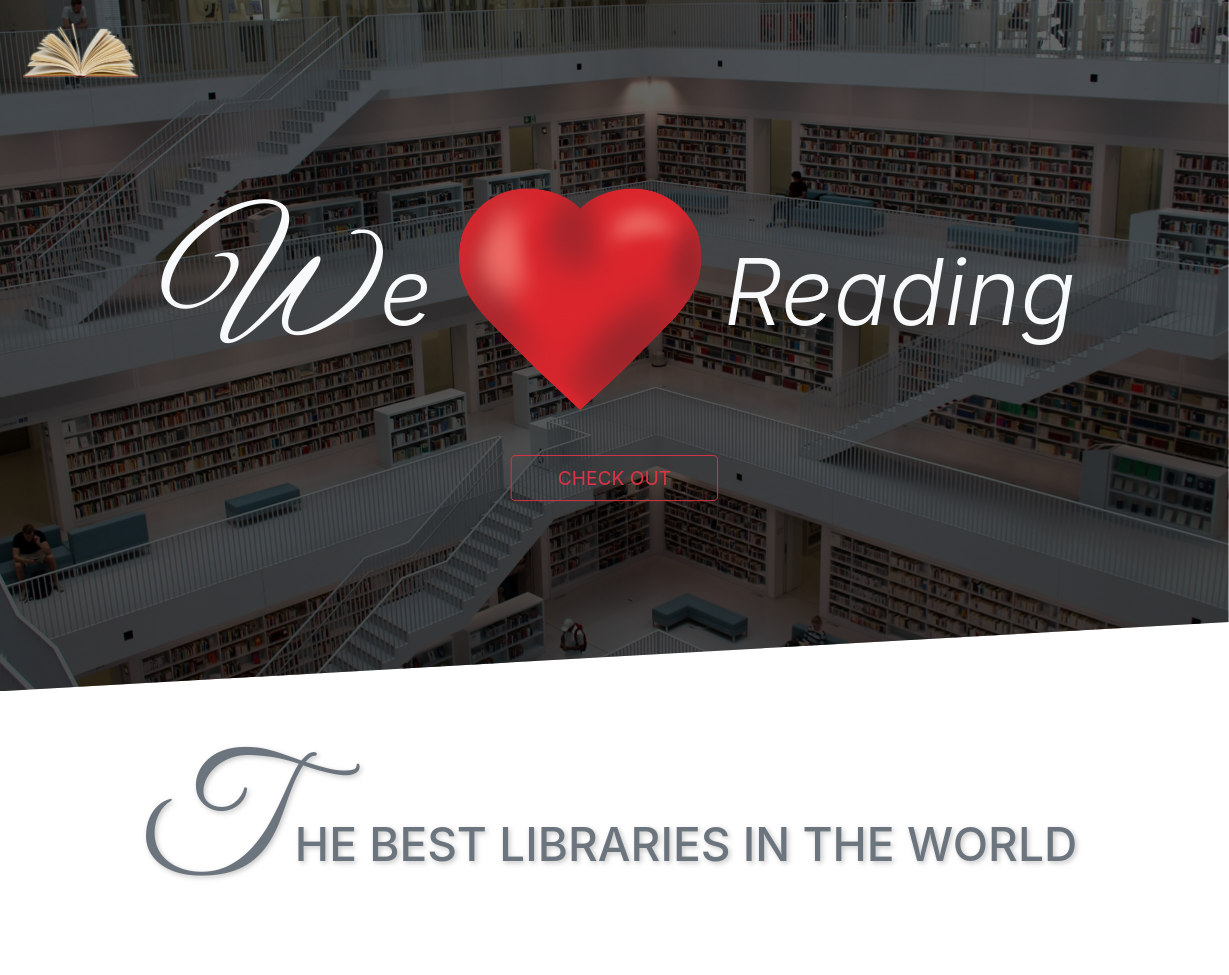
Repository: imedakrouti/BookStore
Page: index.html
An editor plug-in stored every save of this project. The page is shown before and after the next save, followed by the edit.
The browser window is 1280 px wide. The pictures show the whole page, at 96% of full size.
The pointer rests on the first visible `.gallerie-title`.
Backgrounds fixed to the window are drawn as part of the page. Some web libraries are served in a nearby version.

Above is the page before, as saved 2020-05-05 18:29:38.

After the next save:
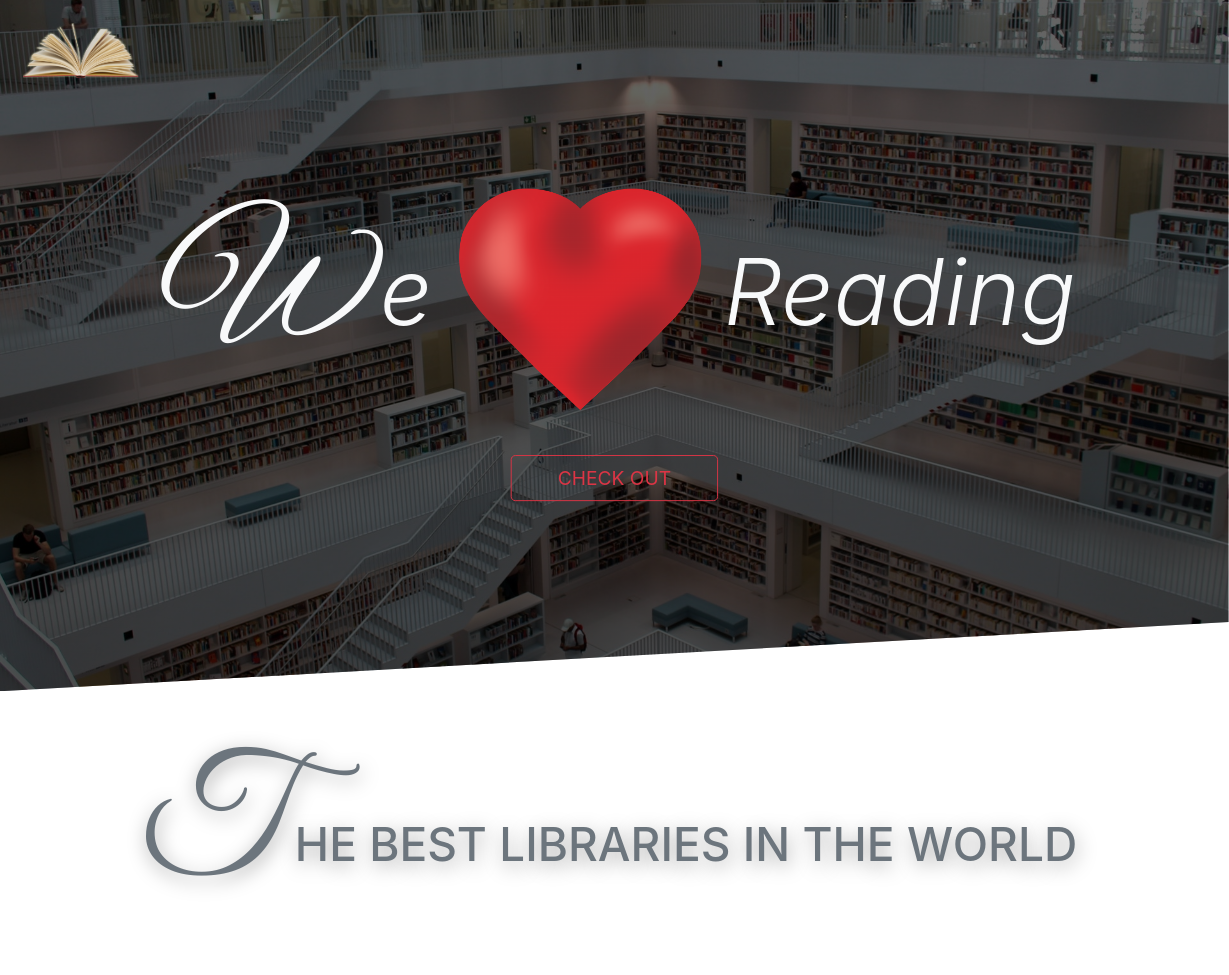
Saved 20 s later.
--- a/styles/styles.css
+++ b/styles/styles.css
@@ -80,7 +80,7 @@ text-shadow: 2px 2px 5px #aaaa;
 }
 .gallerie-title:hover{
     transform: translate(-5px,-3px);
-    text-shadow: ;
+    text-shadow: 2px 5px 20px #aaa;
     -webkit-transform: translate(-5px,-3px);
     -moz-transform: translate(-5px,-3px);
     -ms-transform: translate(-5px,-3px);
